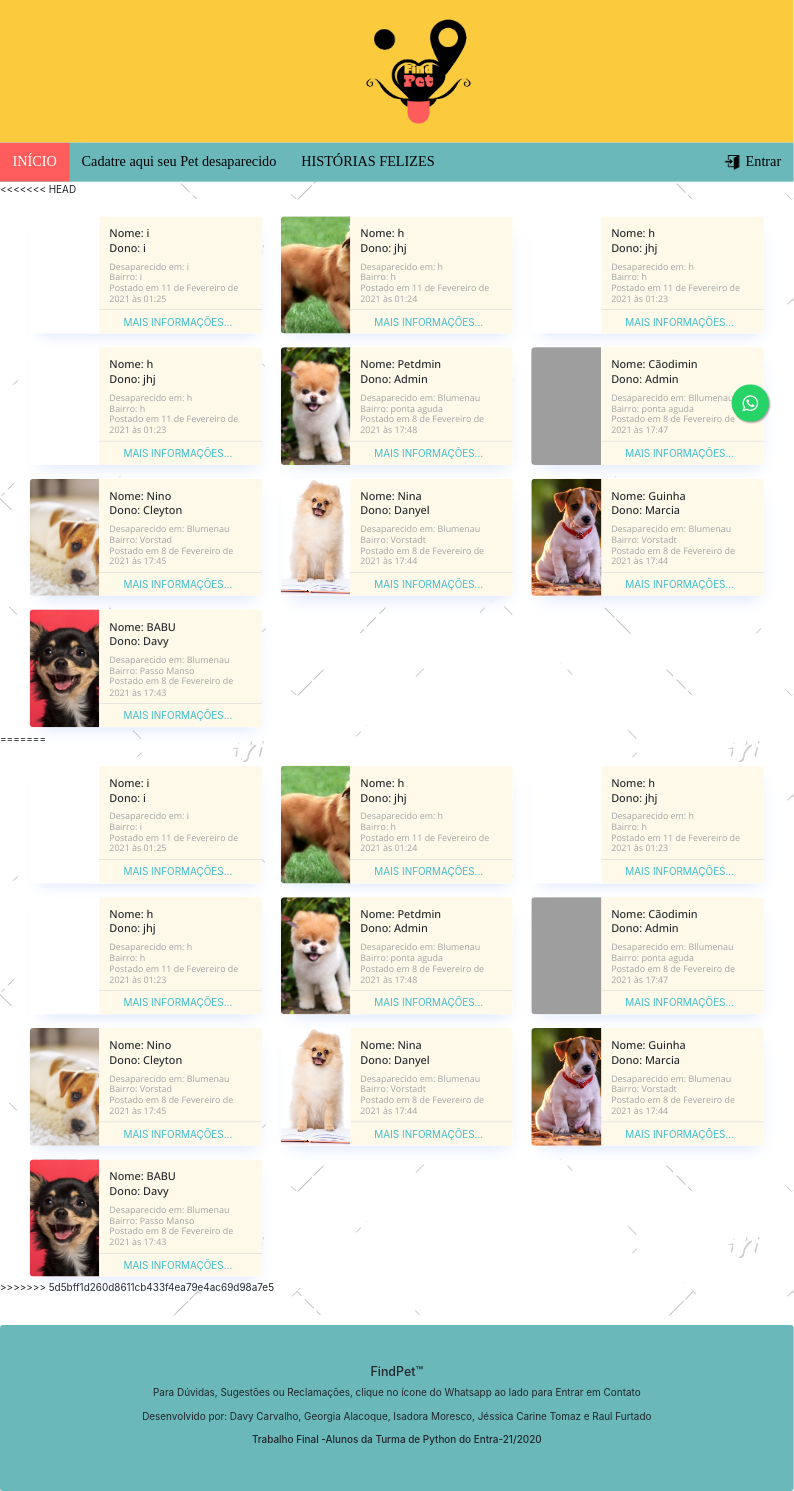
Repository: DavyCarvalho/Trabalho_Final_Entra21_Find-Pet
Page: http://localhost/pet/all/
These files come from the project's save history. The page is drawn as it stood at one moment and after the next save; the edit follows.
The browser window is 1280 px wide. The pictures show the whole page, at 62% of full size.
Pictures or frames that could not be fetched are drawn as grey boxes. Some web fonts or font styles are not loaded; a fallback is used. Some web libraries are served in a nearby version. The page is served by the project's application, run on Django 3.2 (projeto_findpet/manage.py). Other server files are loaded and not shown. The page reads the database file committed with the project.

Above is the page before, as saved 2021-02-10 22:56:12.
Console error: TypeError: Cannot read properties of null (reading 'offsetTop')

### projeto_findpet/core/templates/list.html
{% extends "model-page.html" %}

{% load static %}

{% block content %}

<style>
    @import "https://fonts.googleapis.com/css?family=Open+Sans:300,300i,400,400i,500,700,700i|Raleway:300,400,500,700,800";

    .body {
      /* background: #f9fbff; */
    }
    a:hover {
      text-decoration: none;
    }
    .blog-card {
      display: flex;
      flex-direction: column;
      margin: 1rem auto;
      box-shadow: 4px 15px 25px -12px rgba(152, 182, 255, 0.4);
      margin-bottom: 1.6%;
      background: #fff;
      line-height: 1.4;
      border-radius: 6px;
      overflow: hidden;
      z-index: 0;
    }
    .blog-card a {
      color: inherit;
    }
    .blog-card a:hover {
      color: #ffc400;
    }
    .blog-card:hover .photo {
      -webkit-transform: scale(1.15) rotate(3deg);
      transform: scale(1.15) rotate(3deg);
    }
    .blog-card .meta {
      position: relative;
      z-index: 0;
      height: 200px;
    }
    .blog-card .photo {
      position: absolute;
      top: 0;
      right: 0;
      bottom: 0;
      left: 0;
      background-size: cover;
      background-position: center;
      transition: -webkit-transform 0.2s;
      transition: transform 0.2s;
      transition: transform 0.2s, -webkit-transform 0.2s;
    }
    .blog-card .description {
      padding: 1rem;
      background: #fff9e9;
      position: relative;
      /* z-index: 1; */
    }
    .blog-card .description h1 {
      line-height: 1.35;
      margin: 0;
      font-weight: 500;
      font-size: 1.1rem;
      font-family: "open sans";
    }
    .blog-card .description h2 {
      font-size: 0.9rem;
      font-weight: 300;
      color: #a2a2a2;
      margin-top: 5px;
      font-family: "open sans";
    }
    .blog-card .description .read-more {
      padding-top: 8px;
      left: 0;
      right: 0;
      text-align: center;
      bottom: 6px;
      position: absolute;
      border-top: 1px solid #dadada;
      color: #3ebecc;
    }
    .blog-card .description .read-more a {
      color: #3ebecc;
      font-size: 16px;
      display: inline-block;
      position: relative;
      /*  border: 1px solid;
      padding: 2px 10px; */
      border-radius: 4px;
      text-transform: uppercase;
    }
    .blog-card .description .read-more:after {
      content: "\f061";
      font-family: FontAwesome;
      margin-left: -9px;
      opacity: 0;
      vertical-align: middle;
      transition: margin 0.3s, opacity 0.3s;
    }
    .blog-card .description .read-more:hover:after {
      margin-left: 10px;
      opacity: 1;
    }
    .blog-card p {
      position: relative;
      margin: 10px 0 0;
    }
    .blog-card p:first-of-type {
      margin-top: 1.25rem;
    }
    /*
    .blog-card p:first-of-type:before {
      content: "";
      position: absolute;
      height: 4px;
      background: #3ebecc;
      width: 75px;
      top: -0.75rem;
    }
    */
    .blog-card:hover .details {
      left: 0%;
    }
    @media (min-width: 640px) {
      .blog-card {
        flex-direction: row;
        min-height: 130px;
      }
      .blog-card .meta {
        flex-basis: 30%;
        height: auto;
      }
      .blog-card .description {
        flex-basis: 70%;
      }
      .blog-card .description:before {
        -webkit-transform: skewX(-3deg);
        transform: skewX(-3deg);
        content: "";
        background: #fff;
        width: 30px;
        position: absolute;
        left: -10px;
        top: 0;
        bottom: 0;
        z-index: -1;
      }
      .blog-card.alt {
        flex-direction: row-reverse;
      }
      .blog-card.alt .description:before {
        left: inherit;
        right: -10px;
        -webkit-transform: skew(3deg);
        transform: skew(3deg);
      }
      .blog-card.alt .details {
        padding-left: 25px;
      }
    }

</style>
{% if pet %}

<<<<<<< HEAD
<div class="container-fluid px-lg-5 body mt-3">
    <div class="row justify-content-left">
        {% for p in pet %}
        <div class="col-lg-4 col-md-6 d-flex">
            <div class="blog-card w-100">
                <div class="meta">
                  {% if p.photo %}
                    <div class="photo" style="background-image: url({{p.photo.url}})"></div>
                  {% endif %}
                </div>
                <div class="description">
                    <h1>Nome: {{ p.pet_name }}</h1>
                    <h1>Dono: {{ p.owner }}</h1>
                    <h2 class="pt-1 pb-4">
                      Desaparecido em: {{p.city}}<br>
                      Bairro: {{p.district}}<br>
                      Postado em {{ p.begin_date }}
                    </h2>
                    <p class="read-more">
                        <a href="../detail/{{ p.id }}">MAIS INFORMAÇÕES...</a>
                    </p>
                </div>
            </div>
        </div>
        {% endfor %}
    </div>
</div>
=======
  <div class="container-fluid px-lg-5 body mt-3">
      <div class="row justify-content-left">
          {% for p in pet %}
          <div class="col-lg-4 col-md-6 d-flex">
              <div class="blog-card w-100">
                  <div class="meta">
                    {% if p.photo %}
                      <div class="photo" style="background-image: url({{p.photo.url}})"></div>
                    {% endif %}
                  </div>
                  <div class="description">
                      <h1>Nome: {{ p.pet_name }}</h1>
                      <h1>Dono: {{ p.owner }}</h1>
                      <h2 class="pt-1 pb-4">
                        Desaparecido em: {{p.city}}<br>
                        Bairro: {{p.district}}<br>
                        Postado em {{ p.begin_date }}
                      </h2>
                      <p class="read-more">
                          <a href="../detail/{{ p.id }}" target="_blank">MAIS INFORMAÇÕES...</a>
                      </p>
                  </div>
              </div>
          </div>
          {% endfor %}
      </div>
  </div>
>>>>>>> 5d5bff1d260d8611cb433f4ea79e4ac69d98a7e5

{% else %}

  <div class="row" style='margin-top:100px; margin-bottom:100px; z-index: -1;'>
    <div class="col-sm-3" style="margin-left:50px;">
      <img src="{% static 'imgs\icone_emoji_triste.png' %}" style='margin-top:30px; height:150px; width:150px; float:right;'>
    </div>
    <div class='col-sm-5'>
      <h1>Desculpe! Você ainda não tem nenhum Pet cadastrado! Clique em <b>Cadastrar</b> e faça sua primeira Postagem!</h1>
    </div>
  </div>

{% endif %}

{% endblock %}

### projeto_findpet/core/templates/model-page.html
{% load static %}
<!DOCTYPE html>
<html>

    <head>
        <title>FIND PET</title>
        <link rel="shortcut icon" type="image/x-icon" href="{% static 'imgs/favicon.ico' %}"/>
        <meta charset="utf-8" name="viewport" content="width=device-width, initial-scale=1">
        <link rel="stylesheet" href="{% static 'css/styles.css' %}">
        <script src="{% static 'js/navbar_fixed.js' %}"></script>
        <link rel="stylesheet" href="https://maxcdn.bootstrapcdn.com/bootstrap/4.5.2/css/bootstrap.min.css">
        <script src="https://ajax.googleapis.com/ajax/libs/jquery/3.5.1/jquery.min.js"></script>
        <script src="https://cdnjs.cloudflare.com/ajax/libs/popper.js/1.16.0/umd/popper.min.js"></script>
        <script src="https://maxcdn.bootstrapcdn.com/bootstrap/4.5.2/js/bootstrap.min.js"></script>

    </head>

    <body>
        {%include "model-header.html"%}

        {% block content %}{% endblock %}

        {%include "model-footer.html"%}

        <style>
            .float{
        position:fixed;
        width:60px;
        height:60px;
        bottom:40px;
        right:40px;
        background-color:#25d366;
        color:#FFF;
        border-radius:50px;
        text-align:center;
        font-size:30px;
        box-shadow: 2px 2px 3px #999;
        z-index:100;
        }

        .my-float{
        margin-top:16px;
        }
        </style>
        <link rel="stylesheet" href="https://maxcdn.bootstrapcdn.com/font-awesome/4.5.0/css/font-awesome.min.css">
        <a href="https://api.whatsapp.com/send?phone=5547996882541&text=Olá! Gostaria de mais informações a respeito do seu site, FindPet!" class="float" target="_blank">
        <i class="fa fa-whatsapp my-float"></i>
        </a>
    </body>

</html>

### projeto_findpet/core/templates/model-header.html
{% load static %}

<style>

    .header {
      background-color:#fbcb3d;
      padding: 30px;
      text-align: center;
    }

    #navbar {
      overflow: hidden;
      background-color: #6BB8BB;
      z-index: 2;
    }

    #navbar a {
      /* font:bold; */
      float: left;
      display: inline-block;
      color: black;
      text-align: left;
      padding: 14px 20px;
      text-decoration: none;
      font-size: 23px;
      font-family: Comic Sans MS;
    }

    #navbar a:hover {
      background-color: #5B9FA2;
      color: black;
    }

    #navbar a.active {
      background-color: #ff5d5b;
      color: white;
    }

    .content {
      padding: 16px;
    }

    .sticky {
      position: fixed;
      top: 0;
      width: 100%;
    }

    .sticky + .content {
      padding-top: 60px;
    }
</style>

<div class="header">
    <img src="{% static 'imgs\logosemfundo.png'%}" style="margin-left:70px; width:170px; height: 170px;"></img>
</div>

<div id="navbar">
    <a class="active" href="/pet/all/">INÍCIO</a>
    {% if request.user.is_authenticated %}
      <a href="/pet/user/">Meus Pets</a>
      <a href="/pet/register/">Cadastrar</a>
      <a href="/pet/notifications/">Notificações</a>
    {% else %}
    <a href="/pet/register/">Cadatre aqui seu Pet desaparecido</a>
    {% endif %}
    <a href="/pet/historias-felizes">HISTÓRIAS FELIZES</a>
    {% if request.user.is_authenticated %}
      <a style='float: right;' href="/logout/">
        <img src="{% static 'imgs\icone_sair.png'%}" style="margin-top:6px; margin-right:10px;float: left; height: 24px; width:24px";>
        Sair
      </a>
      <a style='float: right;'>
        <img src="{% static 'imgs\icone_user.png'%}" style="margin-top:6px; margin-right:10px;float: left; height: 24px; width:24px";>
        Bem vindo(a), {{ user.username }}
      </a>
    {% else %}
      <a style='float: right;' href="/login/">
        <img src="{% static 'imgs\icone_entrar.png'%}" style="margin-top:6px; margin-right:10px; float: left; height: 24px; width:24px";>
        Entrar
      </a>
    {% endif %}

</div>

<script>
window.onscroll = function() {myFunction()};

var navbar = document.getElementById("navbar");
var sticky = navbar.offsetTop;

function myFunction() {
    if (window.pageYOffset >= sticky) {
    navbar.classList.add("sticky")
    } else {
    navbar.classList.remove("sticky");
    }
}
</script>

### projeto_findpet/core/templates/model-footer.html
<div class='jumbotron footer text-center mb-0 mt-5' style='background-color:#6BB8BB;'>
    <h5>FindPet™</h5>
    <p>Para Dúvidas, Sugestões ou Reclamações, clique no ícone do Whatsapp ao lado para Entrar em Contato</p>
    <p>Desenvolvido por: Davy Carvalho, Georgia Alacoque, Isadora Moresco, Jéssica Carine Tomaz e Raul Furtado</p>
    <h6>Trabalho Final -Alunos da Turma de Python do Entra-21/2020</h6>
</div>

### projeto_findpet/core/models.py
from django.db import models
from django.contrib.auth.models import User

class Pet(models.Model):
    id = models.AutoField(primary_key=True)
    user = models.ForeignKey(User, on_delete=models.CASCADE)
    owner = models.CharField(max_length=30) #<----- default=None é o problema de aceitar valores vazios!
    pet_name = models.CharField(max_length=30)#<----- default=None é o problema de aceitar valores vazios!
    breed = models.CharField(max_length=15)#<----- default=None é o problema de aceitar valores vazios!
    district = models.CharField(max_length=50)#<----- default=None é o problema de aceitar valores vazios!
    city = models.CharField(max_length=100)
    description = models.TextField()#<----- default=None é o problema de aceitar valores vazios!
    contact_phone = models.CharField(max_length=11)
    contact_email = models.EmailField()
    begin_date = models.DateTimeField(auto_now_add=True)
    photo = models.ImageField(upload_to='uploaded_pet_photos')
    active = models.BooleanField(default=True)

    def __str__(self):
        return str(self.id)

    class Meta:
        db_table = 'pet'

class EuVi(models.Model):
    id = models.AutoField(primary_key=True)
    user = models.CharField(max_length=30) #---------------------> USAR O USER QUE ESTÁ LOGADO no request !!!
    post = models.ForeignKey(Pet, on_delete=models.CASCADE)
    phone =  models.CharField(max_length=30, blank=True)
    street = models.CharField(max_length=30)
    district = models.CharField(max_length=30)
    city = models.CharField(max_length=30)
    description = models.TextField()
    begin_date = models.DateTimeField(auto_now_add=True)

    def __str__(self):
        return str(self.id)

    class Meta:
        db_table = 'core_eu_vi'

class HistoriasFelizes(models.Model):
    id = models.AutoField(primary_key=True)
    pet = models.ForeignKey(Pet, on_delete=models.CASCADE)
    active = models.BooleanField(default=True)
    description = models.TextField(default=None)

    def __str__(self):
        return str(self.id)

    class Meta:
        db_table = 'core_historiasfelizes'

### projeto_findpet/projeto_findpet/urls.py
"""projeto_findpet URL Configuration

The `urlpatterns` list routes URLs to views. For more information please see:
    https://docs.djangoproject.com/en/3.1/topics/http/urls/
Examples:
Function views
    1. Add an import:  from my_app import views
    2. Add a URL to urlpatterns:  path('', views.home, name='home')
Class-based views
    1. Add an import:  from other_app.views import Home
    2. Add a URL to urlpatterns:  path('', Home.as_view(), name='home')
Including another URLconf
    1. Import the include() function: from django.urls import include, path
    2. Add a URL to urlpatterns:  path('blog/', include('blog.urls'))
"""
from django.contrib import admin
from django.urls import path
from core import views
from django.views.generic import RedirectView
from django.contrib.staticfiles.urls import static, staticfiles_urlpatterns
from . import settings
from register import views as rv
from django.contrib.auth import views as auth_views

urlpatterns = [
    path('admin/', admin.site.urls, name='admin'),
    path('pet/all/', views.list_all_pets, name='all'),
    path('pet/notifications/', views.list_pets_eu_vi, name='notifications'),
    path('pet/historias-felizes', views.historias_felizes, name='historias_felizes'),
    path('pet/historias-felizes/mais/<id>/', views.historias_felizes_mais, name='historias_felizes_mais'),
    path('pet/historias-felizes/encontrado/<id>/', views.historias_felizes_encontrado, name='historias_felizes_encontrado'),
    path('pet/historias-felizes/encontrado/<id>/submit',
         views.historias_felizes_encontrado_submit),
    path('pet/user/', views.list_user_pets, name='all_user_pets'),
    path('pet/detail/<id>/', views.pet_detail, name='pet_detail'),
    path('register_user/', rv.register, name='register_user'),
    path('login/', views.login_user, name='login'),
    path('login/submit', views.submit_login, name='login/submit'),
    path('pet/register_eu_vi/', views.register_eu_vi, name='register_eu_vi'),
    path('pet/register_eu_vi/submit',views.set_eu_vi),
    path('pet/sucess_eu_vi/', views.sucess_eu_vi, name='sucess_eu_vi'),
    path('pet/register/',views.register_pet, name='register_pet'),
    path('pet/register/submit',views.set_pet),
    path('pet/delete/<id>/', views.delete_pet),
    path('logout/', views.logout_user, name='logout'),
    path('', RedirectView.as_view(url='pet/all/')),
]

urlpatterns += staticfiles_urlpatterns()
urlpatterns += static(settings.MEDIA_URL, document_root=settings.MEDIA_ROOT)

### projeto_findpet/core/static/css/styles.css
body {
  height: auto;
  margin: 0;
  font-size: 28px;
  font-family: Arial, Helvetica, sans-serif;
  background-image: url(../imgs/fundolaranja.png);
}

@media (max-width: 1030px) {
    #navbar, #navbar a, #navbar a:hover, #navbar a.active {
        display: block;
        width: 100%;
        }


    }
    .logo {
        margin-right: 65px;
    }

    .icone {
        display: block;
        width:100%;
    }

    .logologin {
        margin-left: -50px;
        width:100%;
        }


}

### projeto_findpet/db.sqlite3 (the tables this page reads, as SQL)
CREATE TABLE "pet" ("id" integer NOT NULL PRIMARY KEY AUTOINCREMENT, "city" varchar(100) NOT NULL, "description" text NOT NULL, "begin_date" datetime NOT NULL, "active" bool NOT NULL, "user_id" integer NOT NULL REFERENCES "auth_user" ("id") DEFERRABLE INITIALLY DEFERRED, "contact_email" varchar(254) NOT NULL, "contact_phone" varchar(11) NOT NULL, "district" varchar(50) NOT NULL, "pet_name" varchar(30) NOT NULL, "breed" varchar(15) NOT NULL, "owner" varchar(30) NOT NULL, "photo" varchar(100) NOT NULL);
INSERT INTO "pet" VALUES
(1, 'Blumenau', 'bazucão', '2021-02-08 17:43:31.243027', 1, 2, 'davycarvalho2017@hotmail.com', '47999170546', 'Passo Manso', 'BABU', 'Labrador', 'Davy', 'uploaded_pet_photos/dog3-768x587-0e01be20_r9KvvCw.jpg'),
(2, 'Blumenau', 'GUINHAAAA', '2021-02-08 17:44:18.175004', 1, 2, 'davycarvalho2017@hotmail.com', '47999170546', 'Vorstadt', 'Guinha', 'Vira-Lata', 'Marcia', 'uploaded_pet_photos/filhotes-de-cachorro-alcanc3a7am-o-c3a1pice-de-fofura-com-8-semanas1_C6lC6UO.png'),
(3, 'Blumenau', 'ninaaaaa', '2021-02-08 17:44:57.506289', 1, 2, 'davycarvalho2017@hotmail.com', '47996005815', 'Vorstadt', 'Nina', 'Cãogato', 'Danyel', 'uploaded_pet_photos/cachorro-livro_csb9wc4.png'),
(4, 'Blumenau', 'ninoooo', '2021-02-08 17:45:23.866148', 1, 2, 'marcialima.bnu@gmail.com', '47996005815', 'Vorstad', 'Nino', 'Cãogato', 'Cleyton', 'uploaded_pet_photos/cao-com-falta-de-ar_Jkx6csz.jpg'),
(5, 'Bllumenau', 'admin pet', '2021-02-08 17:47:42.677964', 1, 1, 'davycarvalho2017@hotmail.com', '47996005815', 'ponta aguda', 'Cãodimin', 'Cãopet', 'Admin', 'uploaded_pet_photos/mordida-cachorro-imagem_OJRGqzY.jpg'),
(6, 'Blumenau', 'cãodimin', '2021-02-08 17:48:28.908332', 1, 1, 'marcialima.bnu@gmail.com', '47996005815', 'ponta aguda', 'Petdmin', 'Admicão', 'Admin', 'uploaded_pet_photos/50898568_10157219683273254_5268539131058716672_o_wyk7xq9.jpg'),
(7, 'Blumenau', 'Docker fugiu de casa ontem (08/02).', '2021-02-09 13:50:37.937245', 0, 3, 'matheus@gmail.com', '47999999999', 'Velha', 'Docker', 'Golden Retriever', 'Matheus', 'uploaded_pet_photos/golden.jpg'),
(11, 'hjh', 'hj', '2021-02-11 01:23:10.740459', 0, 3, 'hj', 'hj', 'hj', 'hjh', 'hjhj', 'hjhj', 'uploaded_pet_photos/download.jpg'),
(12, 'h', 'h', '2021-02-11 01:23:46.211479', 1, 3, 'h', 'h', 'h', 'h', 'h', 'jhj', ''),
(13, 'h', 'h', '2021-02-11 01:23:58.429528', 1, 3, 'h', 'h', 'h', 'h', 'h', 'jhj', ''),
(14, 'h', 'h', '2021-02-11 01:24:10.141320', 1, 3, 'h', 'h', 'h', 'h', 'h', 'jhj', 'uploaded_pet_photos/golden_Jmf62FK.jpg'),
(15, 'i', 'i', '2021-02-11 01:25:23.140405', 1, 3, 'i', 'i', 'i', 'i', 'i', 'i', '');

Loaded but not shown: projeto_findpet/core/static/js/navbar_fixed.js (common file); projeto_findpet/core/views.py (278 lines, source omitted)

After the next save:
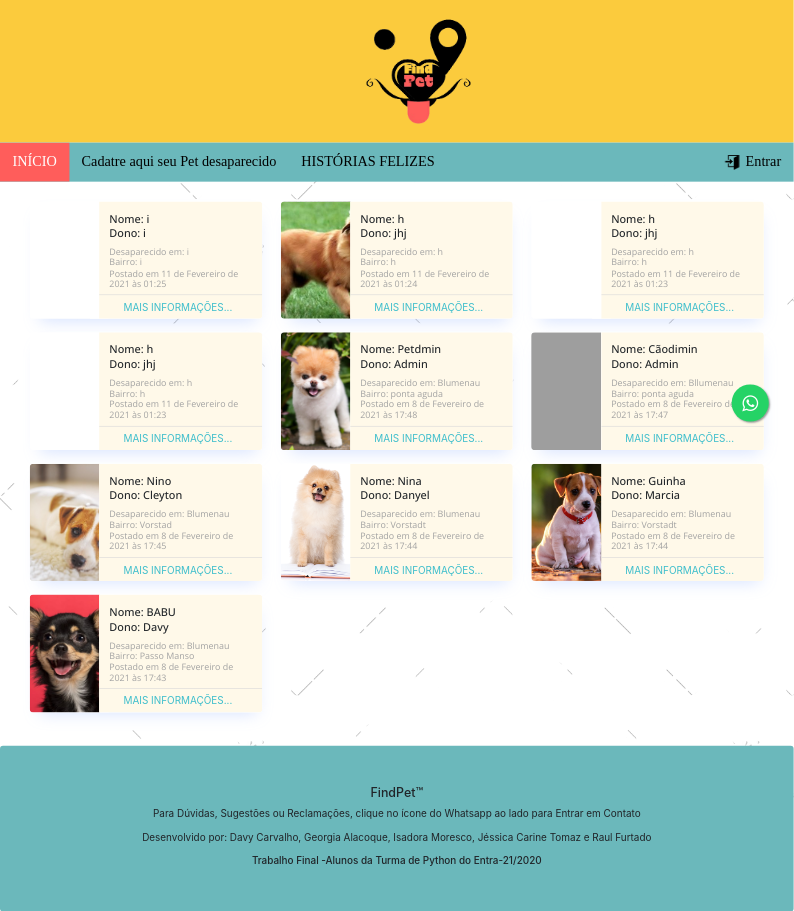
Saved 26 s later.
--- a/projeto_findpet/core/templates/list.html
+++ b/projeto_findpet/core/templates/list.html
@@ -165,35 +165,6 @@
 </style>
 {% if pet %}
 
-<<<<<<< HEAD
-<div class="container-fluid px-lg-5 body mt-3">
-    <div class="row justify-content-left">
-        {% for p in pet %}
-        <div class="col-lg-4 col-md-6 d-flex">
-            <div class="blog-card w-100">
-                <div class="meta">
-                  {% if p.photo %}
-                    <div class="photo" style="background-image: url({{p.photo.url}})"></div>
-                  {% endif %}
-                </div>
-                <div class="description">
-                    <h1>Nome: {{ p.pet_name }}</h1>
-                    <h1>Dono: {{ p.owner }}</h1>
-                    <h2 class="pt-1 pb-4">
-                      Desaparecido em: {{p.city}}<br>
-                      Bairro: {{p.district}}<br>
-                      Postado em {{ p.begin_date }}
-                    </h2>
-                    <p class="read-more">
-                        <a href="../detail/{{ p.id }}">MAIS INFORMAÇÕES...</a>
-                    </p>
-                </div>
-            </div>
-        </div>
-        {% endfor %}
-    </div>
-</div>
-=======
   <div class="container-fluid px-lg-5 body mt-3">
       <div class="row justify-content-left">
           {% for p in pet %}
@@ -221,7 +192,6 @@
           {% endfor %}
       </div>
   </div>
->>>>>>> 5d5bff1d260d8611cb433f4ea79e4ac69d98a7e5
 
 {% else %}
 
